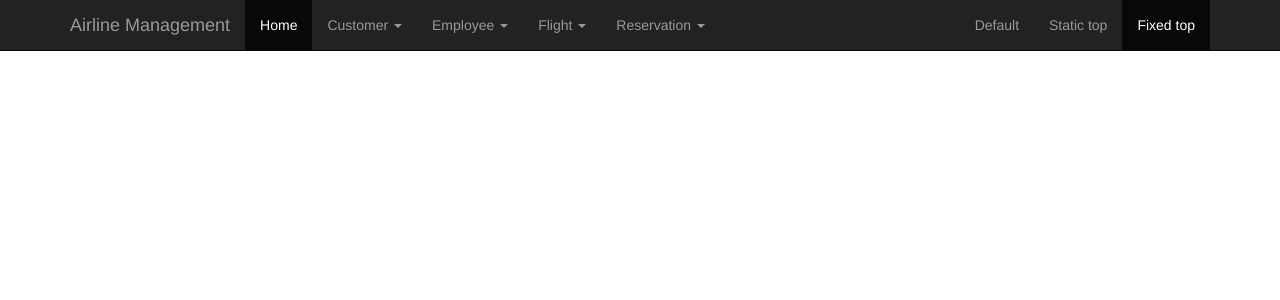
Repository: harshadrane89/CMPE273-WebService-AirlineManagement
Page: http://localhost/AirlineManagementSystemClient/TwitterGUI/Navbar.jsp
An editor plug-in stored every save of this project. The page is shown before and after the next save, followed by the edit.
The browser window is 1280 px wide. The pictures show the whole page.
Some web libraries are served in a nearby version. The page is served by Tomcat 9.

Above is the page before, as saved 2013-12-09 00:53:35.

After the next save:
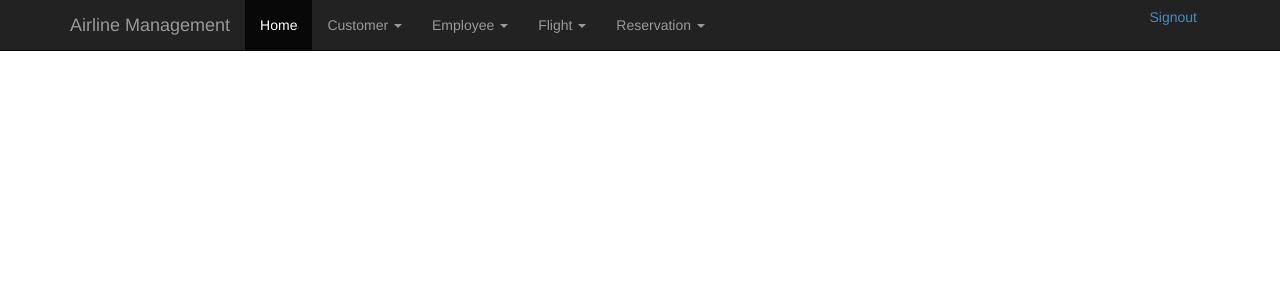
Saved 16 s later.
--- a/273_Project_Tomcat/AirlineManagementSystemClient/WebContent/TwitterGUI/Navbar.jsp
+++ b/273_Project_Tomcat/AirlineManagementSystemClient/WebContent/TwitterGUI/Navbar.jsp
@@ -66,9 +66,7 @@
 
 					</ul>
 					<ul class="nav navbar-nav navbar-right">
-            <li><a href="../navbar/">Default</a></li>
-            <li><a href="../navbar-static-top/">Static top</a></li>
-            <li class="active"><a href="./">Fixed top</a></li>
+    <input type="submit" value="Signout"  class="btn btn-link">
           </ul>
 				</div>
 				<!--/.nav-collapse -->
@@ -77,9 +75,6 @@
 	</form>
 	<script src="https://code.jquery.com/jquery-1.10.2.min.js"></script>
 	<script src="../js/bootstrap.min.js"></script>
-	<br>
-	<br>
-	<br>
 
 </body>
 </html>
